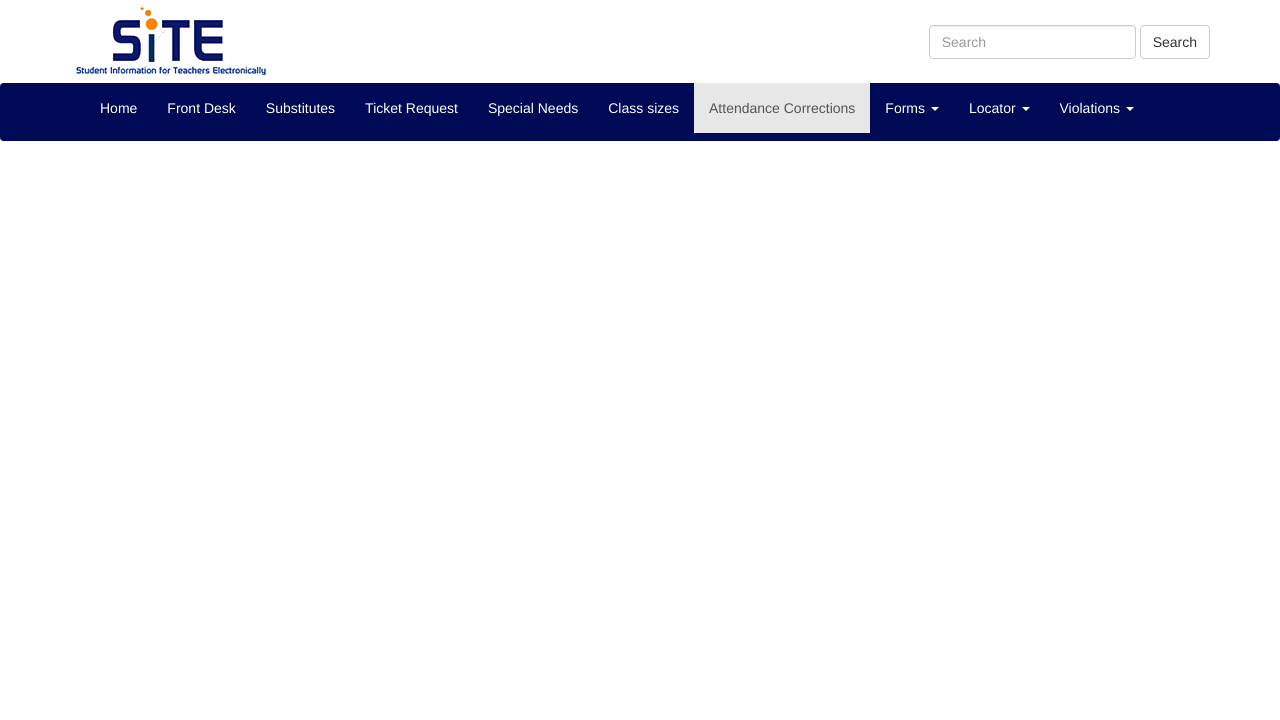
Repository: theFeez/S.I.T.E.
Page: workspace/attendance_corrections.html
The author's editor kept a record of every edit. The page is drawn from the files as they stood at one moment, then again after the next edit.
The browser window is 1280 px wide. The pictures show the whole page.
Some web libraries are served in a nearby version.

Above is the page before.

### workspace/attendance_corrections.html
<!DOCTYPE html>
<html lang="en">

<head>
  <meta charset="utf-8">
  <meta http-equiv="X-UA-Compatible" content="IE=edge">
  <meta name="viewport" content="width=device-width, initial-scale=1">
  <title>S.I.T.E</title>

  <!-- Bootstrap -->
  <link href="css/bootstrap.css" rel="stylesheet">

  <!--[if lt IE 9]>
      <script src="https://oss.maxcdn.com/html5shiv/3.7.2/html5shiv.min.js"></script>
      <script src="https://oss.maxcdn.com/respond/1.4.2/respond.min.js"></script>
    <![endif]-->
</head>

<body>
  <!-- Static header -->
  <div id="header">
    <nav class="navbar navbar-default navbar-white navbar-static-top">
      <div class="container">
        <div class="navbar-header">
          <a class="navbar-left" img="#"><img alt="Logo" src="images/site.png" class="logo"></a>
        </div>
        <form class="navbar-form navbar-right" role="search">
          <div class="form-group">
            <input type="text" class="form-control" placeholder="Search">
          </div>
          <button type="submit" class="btn btn-default">Search</button>
        </form>
      </div>
    </nav>
  </div>
  <div id="fixed">

  </div>
  <!-- Static navbar -->
  <nav class="navbar navbar-default nav_bar" style="margin-bottom:0">
    <div class="container">
      <div class="navbar-header">
        <button type="button" class="navbar-toggle collapsed" data-toggle="collapse" data-target="#bs-example-navbar-collapse-1" aria-expanded="false">
          <span class="sr-only">Toggle navigation</span>
          <span class="icon-bar"></span>
          <span class="icon-bar"></span>
          <span class="icon-bar"></span>
        </button>
        <div class="collapse navbar-collapse" id="bs-example-navbar-collapse-1">
          <ul class="nav navbar-nav">
            <!--HOME ACTIVE BTN--->
            <li><a href="main.html">Home </a></li>


            <!-- FRONT DESK BTN--->
            <li><a href="front_desk.html">Front Desk<span class="sr-only">(current)</span></a></li>

            <!-- SUBSTITUTE BTN--->
            <li><a href="substitutes.html">Substitutes</a></li>

            <!-- TICKET REQUEST BTN--->
            <li><a href="ticket_request.html">Ticket Request</a></li>

            <!-- FRONT DESK BTN--->
            <li><a href="special_needs.html">Special Needs</a></li>

            <!-- CLASS SIZE BTN--->
            <li><a href="class_sizes.html">Class sizes</a></li>

            <!-- ATTENDANCE CORRECTIONS BTN--->
            <li class="active"><a href="attendance_corrections.html">Attendance Corrections</a></li>

            <!-- FORMS DROPDOWN--->
            <li class="dropdown">
              <a href="#" class="dropdown-toggle" data-toggle="dropdown" role="button" aria-haspopup="true" aria-expanded="false">Forms <span class="caret"></span></a>
              <ul class="dropdown-menu">
                <li><a href="fieldtrip.html">Fieldtrip</a></li>
                <li><a href="prom_release.html">Prom Release</a></li>
                <li><a href="audit.html">Audit</a></li>
                <li role="separator" class="divider"></li>
                <li><a href="miscellaneous.html">Miscellaneous</a></li>
              </ul>

              <!-- FORMS DROPDOWN--->
              <li class="dropdown">
                <a href="#" class="dropdown-toggle" data-toggle="dropdown" role="button" aria-haspopup="true" aria-expanded="false">Locator <span class="caret"></span></a>
                <ul class="dropdown-menu">
                  <li><a href="student_locator.html">Student Locator</a></li>
                  <li><a href="teacher_locator.html">Teacher Locator</a></li>
                </ul>
              </li>
            <!-- VIOLATIONS BTN--->
              <li class="dropdown">
                <a href="#" class="dropdown-toggle" data-toggle="dropdown" role="button" aria-haspopup="true" aria-expanded="false">Violations <span class="caret"></span></a>
                <ul class="dropdown-menu">
                  <li><a href="uniform_violation.html">Uniform Violation</a></li>
                  <li><a href="detention.html">Detention</a></li>
                  <li><a href="suspension.html">Suspension</a></li>
                </ul>
              </li>
          </ul>
        </div>
      </div>
    </div>
  </nav>
  <!-- jQuery (necessary for Bootstrap's JavaScript plugins) -->
  <script src="https://ajax.googleapis.com/ajax/libs/jquery/1.11.3/jquery.min.js"></script>
  <script src="script.js"></script>
  <!-- Include all compiled plugins (below), or include individual files as needed -->
  <script src="js/bootstrap.min.js"></script>
</body>
</html>

### workspace/script.js
    $(function () {
		function closeSearch() {
            var $form = $('.navbar-collapse form[role="search"].active')
    		$form.find('input').val('');
			$form.removeClass('active');
		}

		// Show Search if form is not active // event.preventDefault() is important, this prevents the form from submitting
		$(document).on('click', '.navbar-collapse form[role="search"]:not(.active) button[type="submit"]', function(event) {
			event.preventDefault();
			var $form = $(this).closest('form'),
				$input = $form.find('input');
			$form.addClass('active');
			$input.focus();
		});
		// ONLY FOR DEMO // Please use $('form').submit(function(event)) to track from submission
		// if your form is ajax remember to call `closeSearch()` to close the search container
		$(document).on('click', '.navbar-collapse form[role="search"].active button[type="submit"]', function(event) {
			event.preventDefault();
			var $form = $(this).closest('form'),
				$input = $form.find('input');
			$('#showSearchTerm').text($input.val());
            closeSearch()
		});
    });

    // fixes the navbar thing to stick to top
    $(document).ready(function() {
  $(window).scroll(function () {

      //if you hard code, then use console
      //.log to determine when you want the
      //nav bar to stick.
    if ($(window).scrollTop() > 71) {
    	$('#fixed').show();
      $('.nav_bar').addClass('navbar-fixed-top');
    }

    if ($(window).scrollTop() < 71) {
    	$('#fixed').hide();
      $('.nav_bar').removeClass('navbar-fixed-top');
    }
  });
});


//smooth scroll to top
$("#homebtn").click(function() {
    $('html, body').animate({
        scrollTop: $("#header").offset().top
    }, 500);
});

//promt for password to exsit front desk kiosk
function passWord() {
var testV = 1;
var pass1 = prompt('Please Enter The Password',' ');
while (testV < 1) {
if (!pass1)
window.open("front_desk.html","_self");
if (pass1.toLowerCase() == "analbeads") {
window.open("main.html","_self");
break;
}
testV+=1;
var pass1 =
prompt('Access Denied - Password Incorrect, Please Try Again.','Password');
}
if (pass1.toLowerCase()!="password" & testV ==3)
history.go(-1);
return " ";
}

//for PTSA Page
var tabbed ="shop";
$("#donate").click(function(){
    $("#shopbody").hide();
    $("#paybody").hide();
    $("#"+tabbed).removeClass('active');
    $("#donate").addClass('active');
    $("#donatebody").show();
    tabbed="donate";
});

$("#payment").click(function(){
    $("#shopbody").hide();
    $("#donatebody").hide();
    $("#"+tabbed).removeClass('active');
    $("#payment").addClass('active');
    $("#paybody").show();
    tabbed="payment";
});

$("#shop").click(function(){
    $("#donatebody").hide();
    $("#paybody").hide();
    $("#"+tabbed).removeClass('active');
    $("#shopbody").show();
    $("#shop").addClass('active');
    tabbed="shop";
});

 function paygood(){
    $("#paybanner").fadeIn(1000).delay(2000).fadeOut(3000);
}

Loaded but not shown: workspace/css/bootstrap.css (library); workspace/js/bootstrap.min.js (library)

After the next edit:
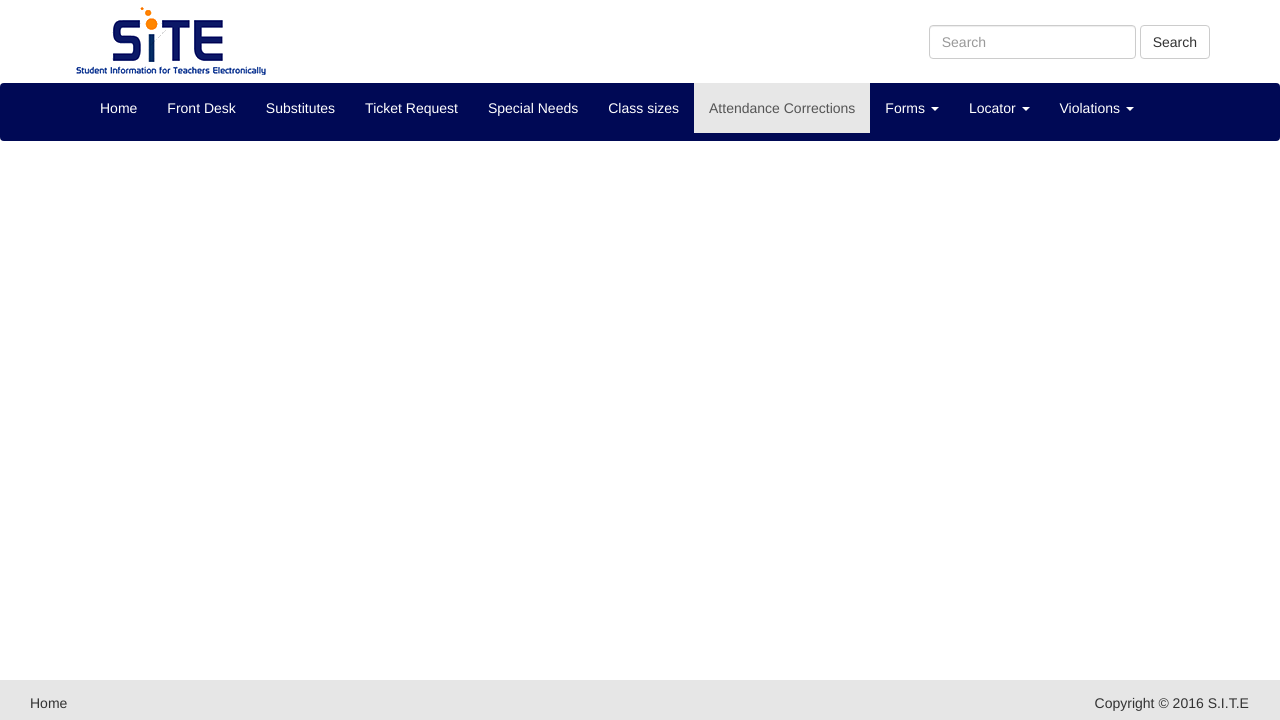
The edit:
--- a/workspace/attendance_corrections.html
+++ b/workspace/attendance_corrections.html
@@ -103,6 +103,13 @@
       </div>
     </div>
   </nav>
+    <!-- Footer-->
+   <nav class="navbar-default-grey footer">
+    <div class="container-fluid">
+      <p class="navbar-text navbar-text-footer navbar-left">Home</p>
+      <p class="navbar-text navbar-text-footer navbar-right">Copyright &#169; 2016 S.I.T.E &nbsp &nbsp &nbsp &nbsp</p>
+    </div>
+  </nav>
   <!-- jQuery (necessary for Bootstrap's JavaScript plugins) -->
   <script src="https://ajax.googleapis.com/ajax/libs/jquery/1.11.3/jquery.min.js"></script>
   <script src="script.js"></script>
